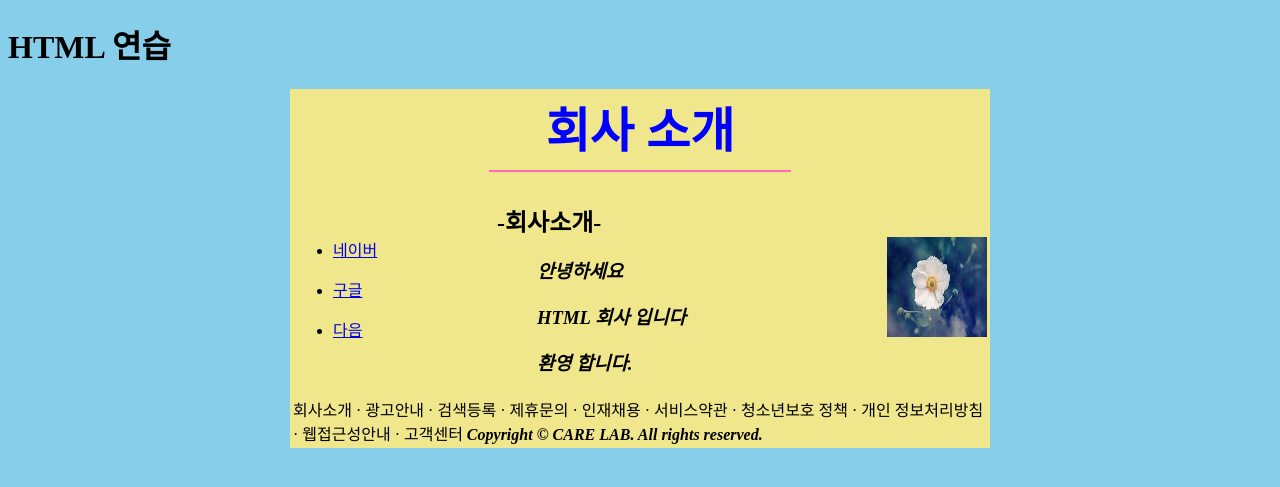
Repository: jwlee0714/HTML
Page: html/quiz-회사소개.html
These files come from the project's save history. The page is drawn as it stood at one moment and after the next save; the edit follows.
The browser window is 1280 px wide. The pictures show the whole page.

Above is the page before, as saved 2021-10-05 10:05:01.

### html/quiz-회사소개.html
<!DOCTYPE html>
<html>
<head>
<meta charset="UTF-8">
<title>Insert title here</title>
</head>

<body>
<body bgcolor="skyblue">
	<h1>
		HTML 연습<br>
	</h1>

	<table align="center" bgcolor="khaki" width="700" >
		<tr>
			<th colspan="3"><font size="7" color="blue" face="궁서">회사
					소개</font>
				<hr color="hotpink" align="center" width="300"></th>
		</tr>

		<tr>
			<td width="200">
				<ul>
					<li><a href="https://www.naver.com/">네이버</a></li>
					<p>
					<li><a href="https://www.google.co.kr">구글</a></li>
					<p>
					<li><a href="https://www.daum.net/">다음</a></li>
					<p>
				</ul>
			</td>

			<td>
				<h3>
					<dl>
						<dt><font size="5">-회사소개-</font></dt>
						<dd>
							<i>
							<p>안녕하세요</p>
							<p>HTML 회사 입니다</p>
							환영 합니다.
							</i>
						</dd>
					</dl>
				</h3>
			</td>

			<td align="right">
				<a href="https://www.naver.com/" title="naver연결"> <img src="img/다운로드.jfif" width="100"
						height="100">
					</a>
			</td>
		</tr>

		<tr>
			<td colspan="3">회사소개 · 광고안내 · 검색등록 · 제휴문의 · 인재채용 · 서비스약관 · 청소년보호
				정책 · 개인 정보처리방침 · 웹접근성안내 · 고객센터 <b><i>Copyright &copy; CARE
						LAB. All rights reserved.</i></b>
			</td>
		</tr>

	</table>

</body>

</html>

After the next save:
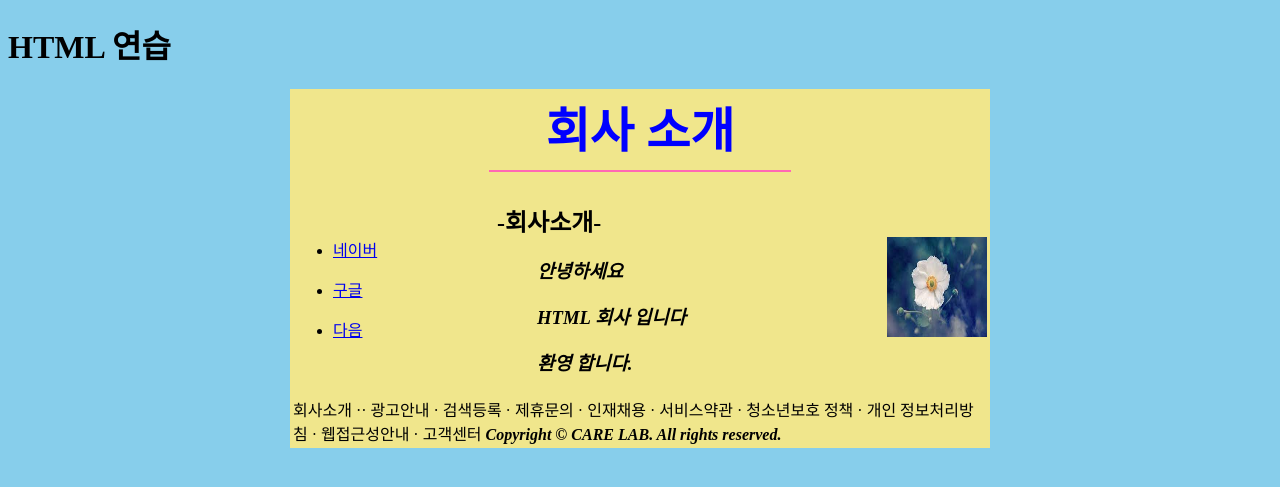
Saved 4 min 16 s later.
--- a/html/quiz-회사소개.html
+++ b/html/quiz-회사소개.html
@@ -11,13 +11,12 @@
 		HTML 연습<br>
 	</h1>
 
-	<table align="center" bgcolor="khaki" width="700" >
+	<table align="center" bgcolor="khaki"	width="700" >
 		<tr>
 			<th colspan="3"><font size="7" color="blue" face="궁서">회사
 					소개</font>
 				<hr color="hotpink" align="center" width="300"></th>
 		</tr>
-
 		<tr>
 			<td width="200">
 				<ul>
@@ -29,7 +28,6 @@
 					<p>
 				</ul>
 			</td>
-
 			<td>
 				<h3>
 					<dl>
@@ -44,23 +42,20 @@
 					</dl>
 				</h3>
 			</td>
-
 			<td align="right">
 				<a href="https://www.naver.com/" title="naver연결"> <img src="img/다운로드.jfif" width="100"
 						height="100">
 					</a>
 			</td>
 		</tr>
-
 		<tr>
-			<td colspan="3">회사소개 · 광고안내 · 검색등록 · 제휴문의 · 인재채용 · 서비스약관 · 청소년보호
+			<td colspan="3">회사소개 ·· 광고안내 · 검색등록 · 제휴문의 · 인재채용 · 서비스약관 · 청소년보호
 				정책 · 개인 정보처리방침 · 웹접근성안내 · 고객센터 <b><i>Copyright &copy; CARE
 						LAB. All rights reserved.</i></b>
 			</td>
 		</tr>
-
 	</table>
-
 </body>
 
+
 </html>
